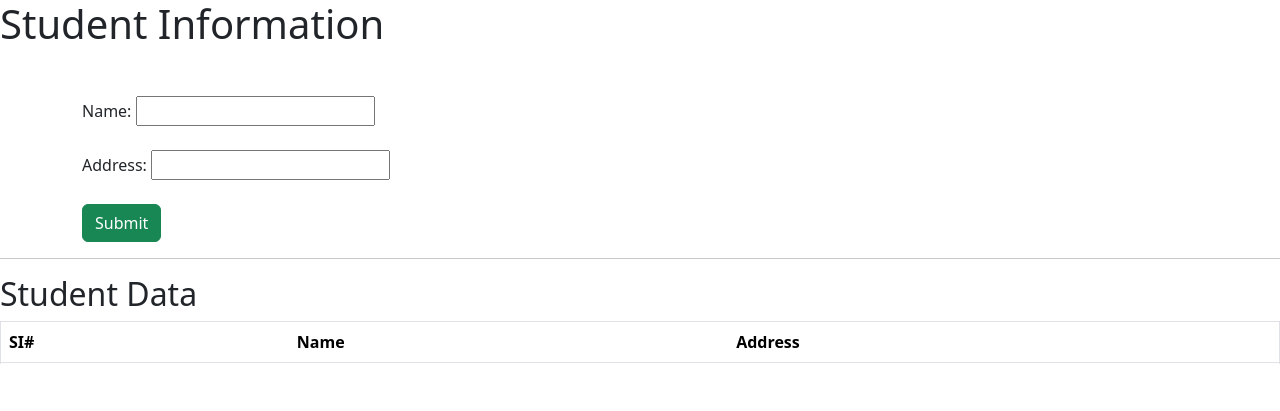
Repository: Rose-gitungo/LearningSpring
Page: Controller & RestController/Assessement07/src/main/resources/static/index.html
These files come from the project's save history. The page is drawn as it stood at one moment and after the next save; the edit follows.
The browser window is 1280 px wide. The pictures show the whole page.

Above is the page before, as saved 2024-06-07 13:18:27.

After the next save:
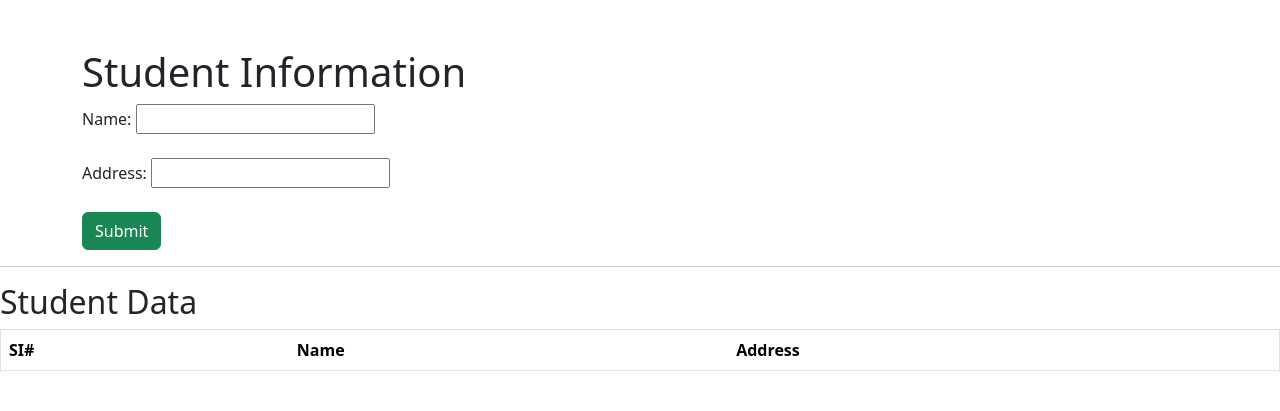
Saved 15 s later.
--- a/Controller & RestController/Assessement07/src/main/resources/static/index.html
+++ b/Controller & RestController/Assessement07/src/main/resources/static/index.html
@@ -5,8 +5,9 @@
 <title>Insert title here</title>
 </head>
 <body>
-<h1>Student Information</h1>
+
 <div class="container mt-5">
+	<h1>Student Information</h1>
 	 <form id="studentForm">
         <label for="name">Name:</label>
         <input type="text" id="name" name="name" required><br><br>
